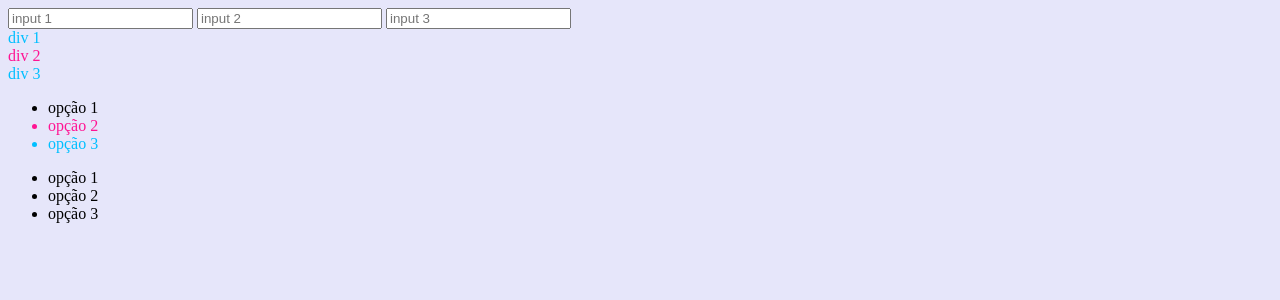
Repository: 2001mariana/jquery
Page: select-elements-part2.html
The author's editor kept a copy of each file at every save. The page is drawn from the files as they stood at one save, then again after a run of saves.
The browser window is 1280 px wide. The pictures show the whole page.

Above is the page before, as saved 2022-07-26 17:36:42.

After the next 2 saves:
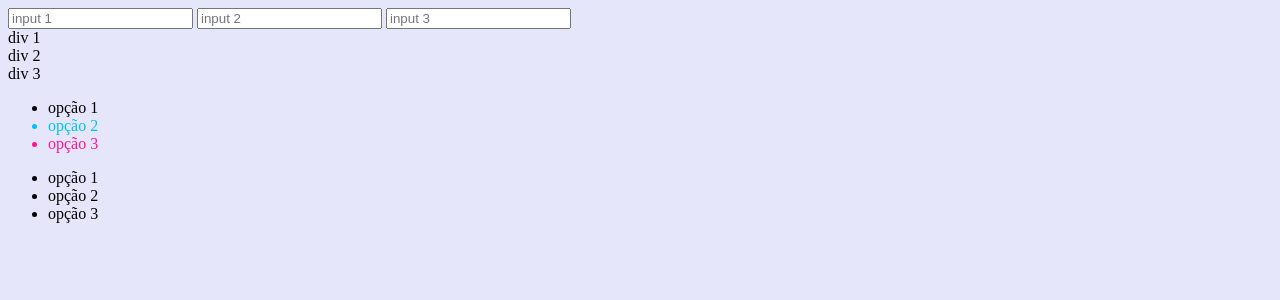
The 2 saves are shown as one change because they came seconds apart.
The last was saved 41 s later.
--- a/select-elements-part2.html
+++ b/select-elements-part2.html
@@ -54,7 +54,7 @@
 		console.log($('.lista1 .exemplo2:even'))//retorna apenas os indices pares dentro dessa seleção
 		console.log($('.lista1 .exemplo2:odd'))//retorna apenas os indices impares dentro dessa seleção
 
-        $('.lista1 .exemplo2:even').css("color", "#00BFFF")
-		$('.lista1 .exemplo2:odd').css("color", "	#FF1493")
+        $('.lista1 li.exemplo2:even').css("color", "#00BFFF")
+		$('.lista1 li.exemplo2:odd').css("color", "	#FF1493")
 	</script>
 </html>
